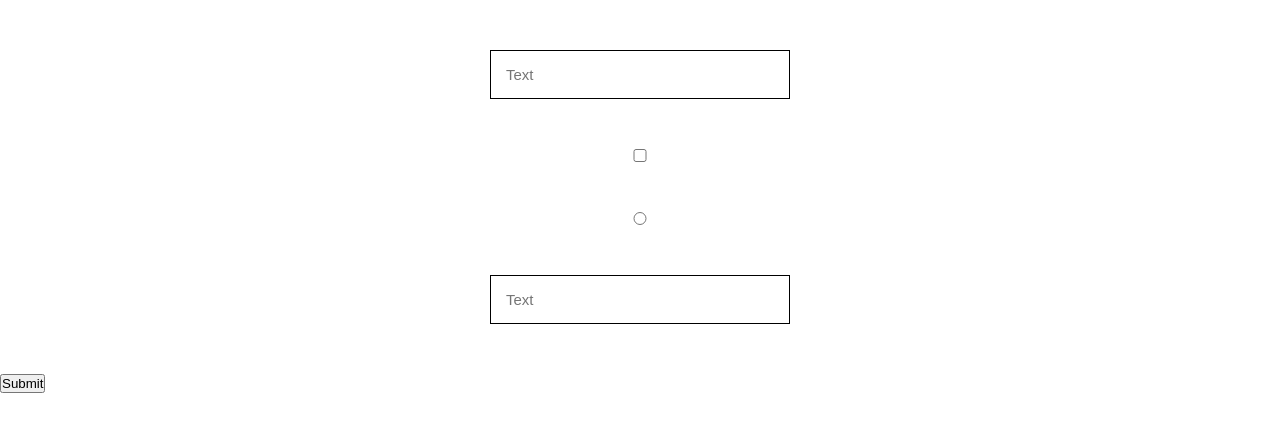
Repository: codysun1912/Javascript-coures
Page: index.html
The author's editor kept a copy of each file at every save. The page is drawn from the files as they stood at one save, then again after the next save.
The browser window is 1280 px wide. The pictures show the whole page.

Above is the page before, as saved 2022-02-28 18:27:59.

After the next save:
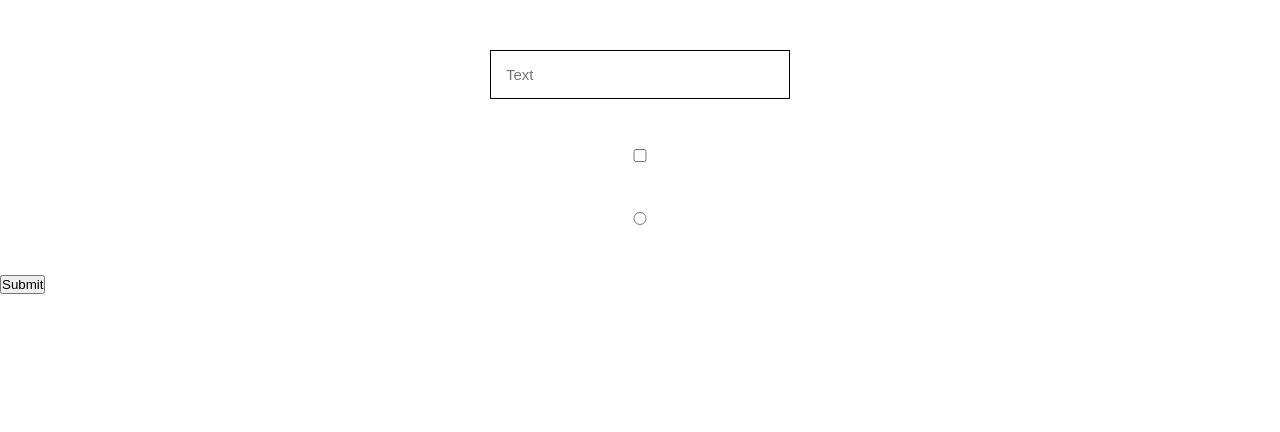
Saved 26 s later.
--- a/index.html
+++ b/index.html
@@ -10,10 +10,9 @@
 </head>
 <body>
     <form class="form form-login">
-        <input type="text" class="input" placeholder="Text">
+        <input type="text" class="input" name = "name" placeholder="Text">
         <input type="checkbox" class="input" placeholder="Text">
         <input type="radio" class="input" placeholder="Text">
-        <input type="text" class="input" placeholder="Text">
         <button type="submit">Submit</button>
     </form>
     <script src="./Event/form.js"></script>
